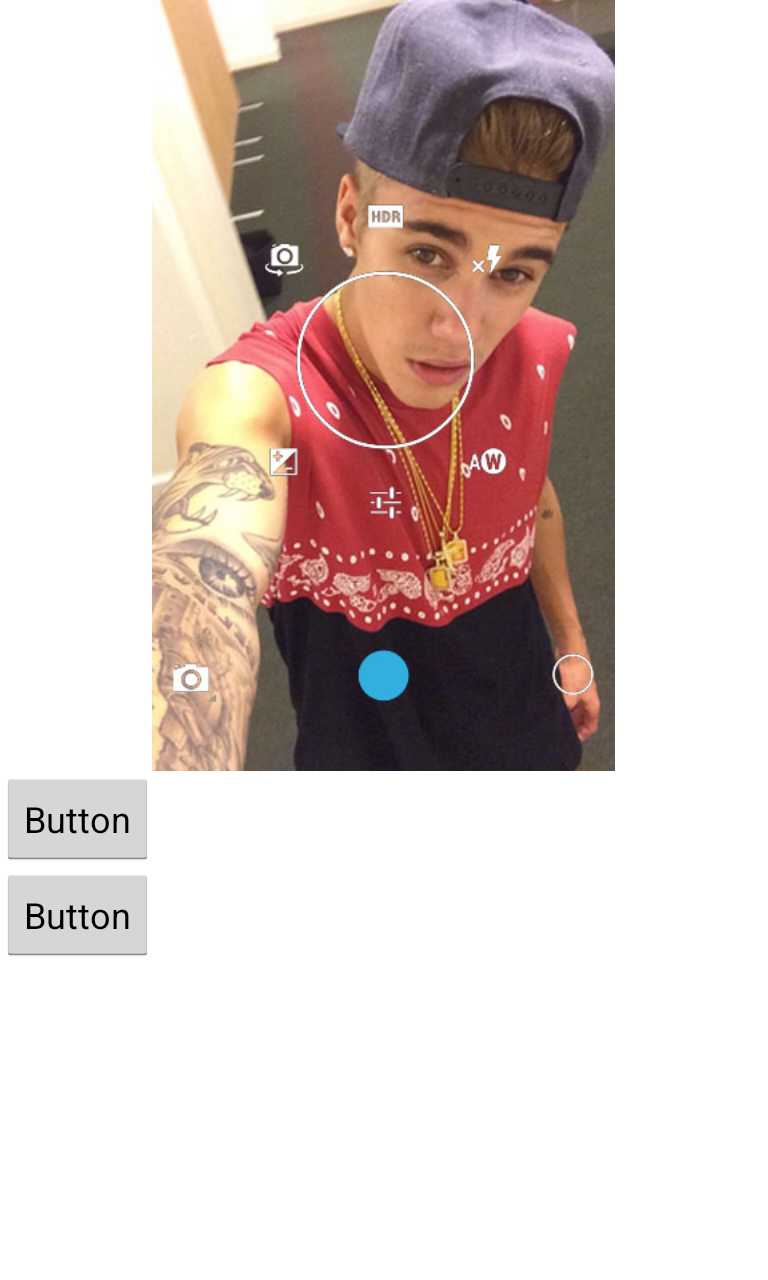
Repository: jonathansparks/Always-On-Always-Connected
Layout: Catify/res/layout/activity_save_photo.xml
The author's editor kept a copy of each file at every save. The layout is drawn from the files as they stood at one save, then again after the next save.
It is drawn on a 768 x 1280 px phone screen (xhdpi) without system bars, with theme AppTheme; the app's code is not run.

Above is the layout before, as saved 2014-02-23 21:28:12.

After the next save:
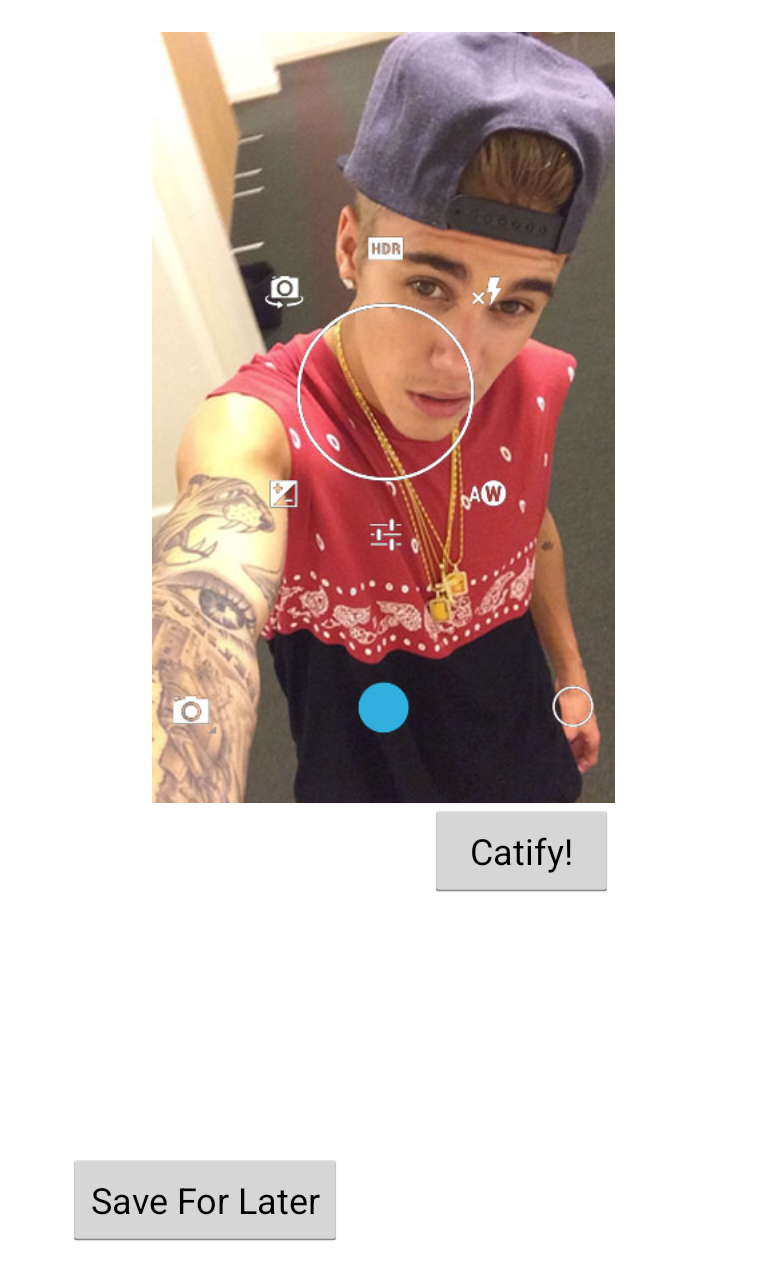
Saved 5 min 30 s later.
--- a/Catify/res/layout/activity_save_photo.xml
+++ b/Catify/res/layout/activity_save_photo.xml
@@ -1,26 +1,36 @@
-<?xml version="1.0" encoding="utf-8"?>
-<LinearLayout xmlns:android="http://schemas.android.com/apk/res/android"
+<RelativeLayout xmlns:android="http://schemas.android.com/apk/res/android"
+    xmlns:tools="http://schemas.android.com/tools"
     android:layout_width="match_parent"
     android:layout_height="match_parent"
-    android:orientation="vertical" >
+    android:paddingBottom="@dimen/activity_vertical_margin"
+    android:paddingLeft="@dimen/activity_horizontal_margin"
+    android:paddingRight="@dimen/activity_horizontal_margin"
+    android:paddingTop="@dimen/activity_vertical_margin"
+    tools:context=".TakePhoto" >
 
     <ImageView
         android:id="@+id/imageView1"
         android:layout_width="wrap_content"
         android:layout_height="wrap_content"
-        android:layout_gravity="center_horizontal"
+        android:layout_alignParentTop="true"
+        android:layout_centerHorizontal="true"
         android:src="@drawable/catify_bieber" />
 
     <Button
         android:id="@+id/button1"
         android:layout_width="wrap_content"
         android:layout_height="wrap_content"
-        android:text="Button" />
+        android:layout_alignParentBottom="true"
+        android:layout_alignParentLeft="true"
+        android:layout_marginLeft="17dp"
+        android:text="Save For Later" />
 
     <Button
         android:id="@+id/button2"
         android:layout_width="wrap_content"
         android:layout_height="wrap_content"
-        android:text="Button" />
+        android:layout_alignRight="@+id/imageView1"
+        android:layout_below="@+id/imageView1"
+        android:text="  Catify!  " />
 
-</LinearLayout>
+</RelativeLayout>
